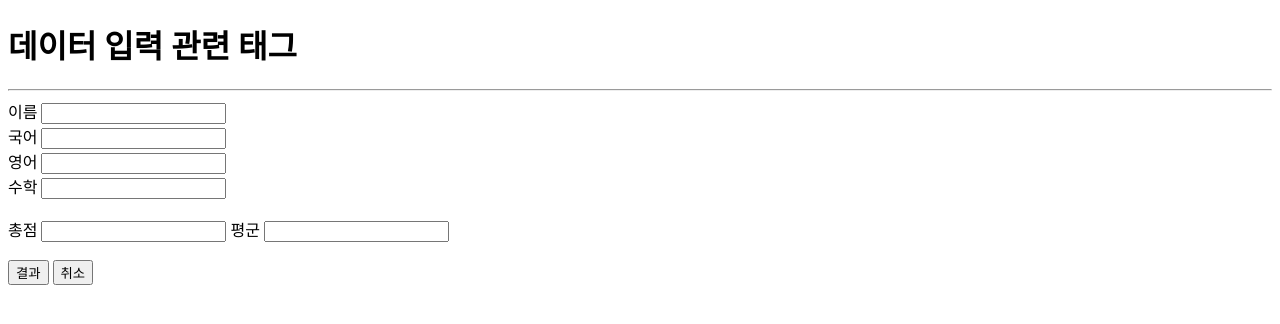
Repository: yhj4130/WebStudy
Page: WebApp01/WebContent/Test004.html
The author's editor kept a copy of each file at every save. The page is drawn from the files as they stood at one save, then again after the next save.
The browser window is 1280 px wide. The pictures show the whole page.

Above is the page before, as saved 2019-04-29 07:43:02.

### WebApp01/WebContent/Test004.html
<!DOCTYPE html>
<html>
<head>
<meta charset="UTF-8">
<title>Test004.html</title>
</head>
<body>

<div>
	<h1>데이터 입력 관련 태그</h1>
	<hr>
</div>

<div>
	<form>
		이름 <input type="text"><br>
		국어 <input type="text"><br>
		영어 <input type="text"><br>
		수학 <input type="text"><br>
		<br>
		총점 <input type="text"> 평군 <input type="text"><br>
		<br>
		<input type="button" value="결과">
		<input type="reset" value="취소">
	</form>
</div>
</body>
</html>

After the next save:
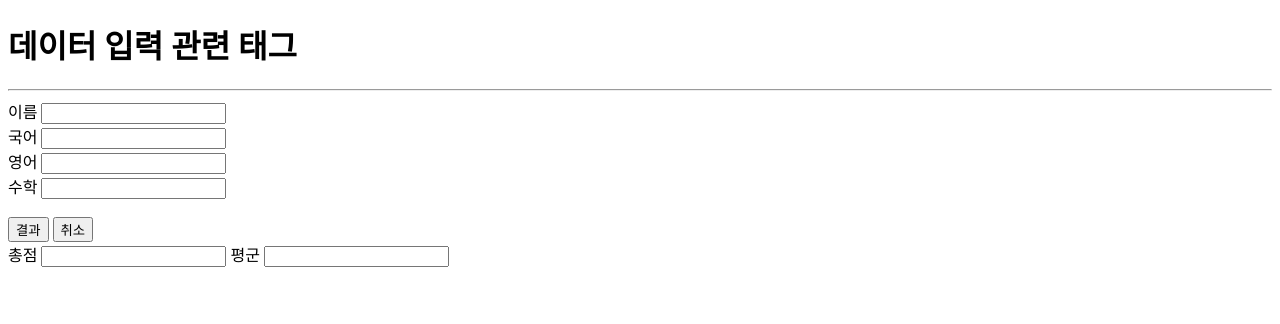
Saved 8 s later.
--- a/WebApp01/WebContent/Test004.html
+++ b/WebApp01/WebContent/Test004.html
@@ -17,11 +17,13 @@
 		국어 <input type="text"><br>
 		영어 <input type="text"><br>
 		수학 <input type="text"><br>
-		<br>
-		총점 <input type="text"> 평군 <input type="text"><br>
+
 		<br>
 		<input type="button" value="결과">
 		<input type="reset" value="취소">
+
+		<br>
+		총점 <input type="text"> 평군 <input type="text"><br>
 	</form>
 </div>
 </body>
